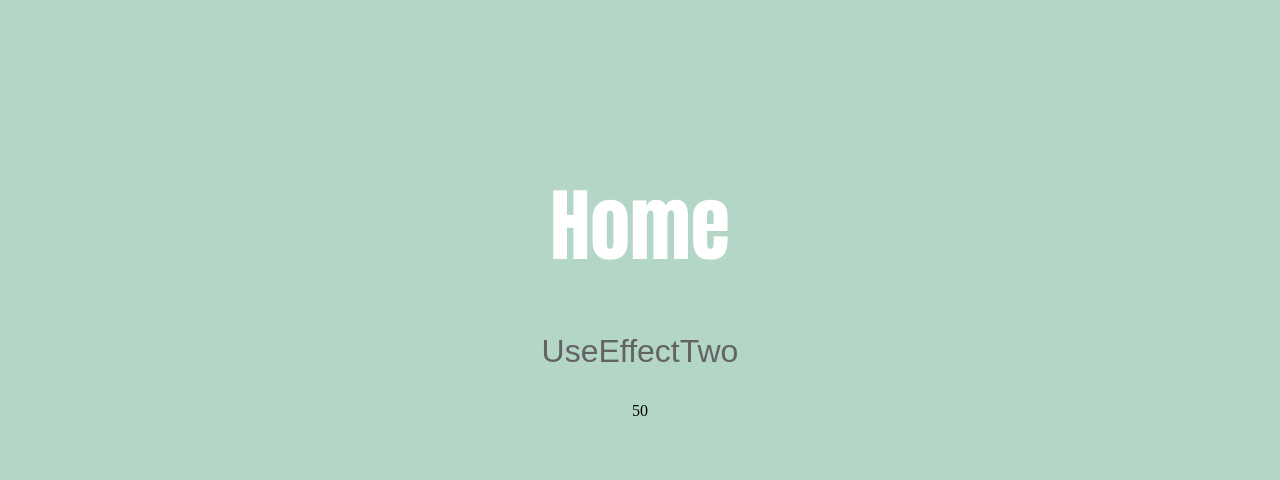
Repository: jennydmcm/useeffect-carousel
Page: /useEffectTwo
These files come from the project's save history. The page is drawn as it stood at one moment and after a run of saves; the edit follows.
The browser window is 1280 px wide. The pictures show the whole page.
The project was rebuilt for these pictures with package versions that can differ from the ones it lists, and the page was loaded fresh each time. The framework's server and built-in components were replaced by stand-ins that run in the browser. Also part of the build but not shown: next.config.js.

Above is the page before, as saved 2023-02-23 19:08:58.

### pages/useEffectTwo.js
import Link from "next/link"
import { useEffect, useState } from "react"
import styles from '@/styles/UseEffectTwo.module.css'


export default function UseEffectTwo() {
    const [number, setNumber] = useState(0);

    useEffect(() => {
        console.log(number);
        setNumber(number + 50);
    }, [])
    return (
        <>
            <main className={styles.main}>
                <Link className={styles.homelink} href="/">Home</Link>
                <div className={styles.title} >
                    UseEffectTwo
                </div>
                <div>
                    {number}
                </div>
            </main>
        </>
    )
}

### styles/globals.css
:root {
    --background-color: #B4D6C7;
    --text-hover: #636363;
}

body {
    background-color: var(--background-color);
}

### styles/UseEffectTwo.module.css
.main {
    display: flex;
    flex-direction: column;
    justify-content: center;
    align-items: center;
    padding: 6rem;
    min-height: 50vh;
}

.homelink {
    font-family: Impact, Haettenschweiler, 'Arial Narrow Bold', sans-serif;
    font-size: 5rem;
    color: white;
    text-decoration: none;
    padding: 1rem;
}

.homelink:hover {
    color: var(--text-hover);
}

.title {
    font-family: Arial, Helvetica, sans-serif;
    font-size: 2rem;
    color: var(--text-hover);
    padding: 2rem;
}

.number {
    font-family: Arial, Helvetica, sans-serif;
    font-size: 1.5rem;
    color: white;
    padding: 1rem;
    padding-left: 5rem;
    padding-right: 5rem;
    background-color: var(--text-hover);
    border-radius: 5rem;


}

Loaded but not shown: pages/_app.js (common file); pages/_document.js (common file)

After the next 2 saves:
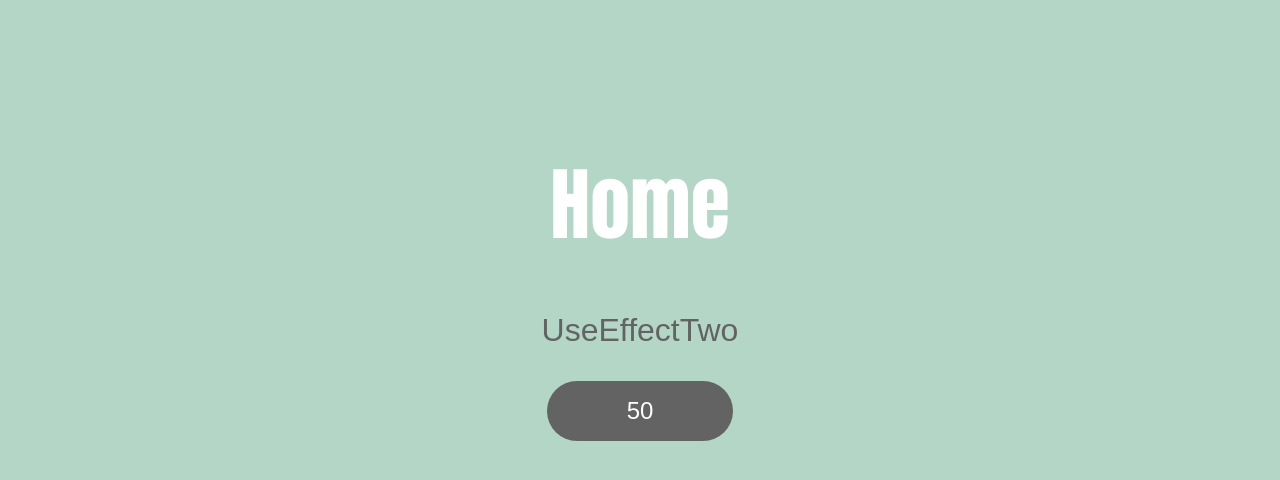
The 2 saves are shown as one change because they came seconds apart.
The last was saved 19 s later.
--- a/pages/useEffectTwo.js
+++ b/pages/useEffectTwo.js
@@ -17,7 +17,7 @@ export default function UseEffectTwo() {
                 <div className={styles.title} >
                     UseEffectTwo
                 </div>
-                <div>
+                <div className={styles.number}>
                     {number}
                 </div>
             </main>
